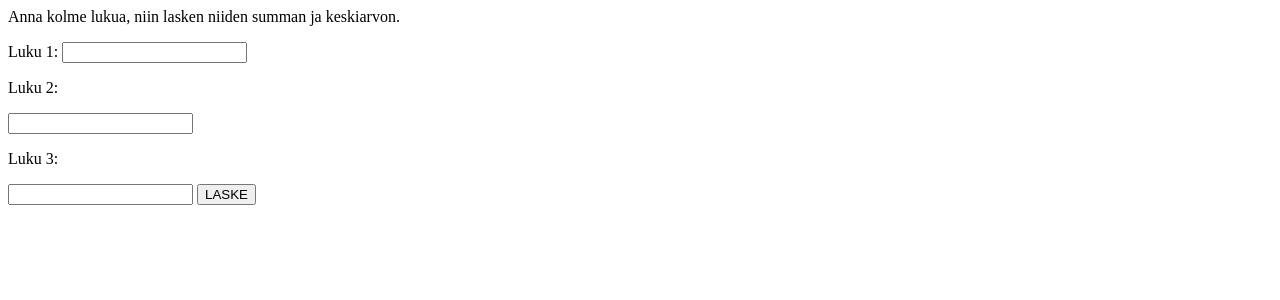
Repository: koodaajakige/knykanen
Page: public_html/be/kolmelukua.html
The author's editor kept a copy of each file at every save. The page is drawn from the files as they stood at one save, then again after the next save.
The browser window is 1280 px wide. The pictures show the whole page.

Above is the page before, as saved 2022-10-14 14:54:56.

### public_html/be/kolmelukua.html
<head></head>
    <meta charset="UTF-8">
</head>
<body>

<p>Anna kolme lukua, niin lasken niiden summan ja keskiarvon.</p>
<form action="bmi.php" method="GET">
    <p>Luku 1:
    <input type="text" name="luku1"></p>
    <p>Luku 2:</p>
    <input type="text" name="luku2">
    <p>Luku 3:</p>
    <input type="text" name="luku3">
    <input type="submit" value="LASKE">
</form>
</body>

After the next save:
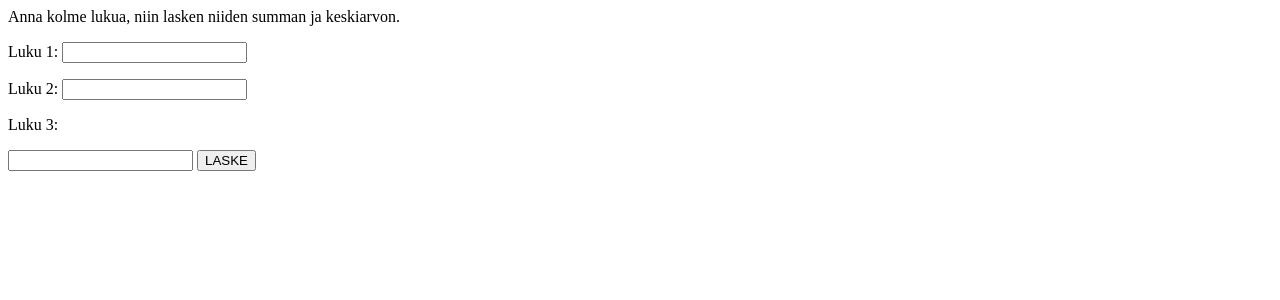
Saved 26 s later.
--- a/public_html/be/kolmelukua.html
+++ b/public_html/be/kolmelukua.html
@@ -7,8 +7,8 @@
 <form action="bmi.php" method="GET">
     <p>Luku 1:
     <input type="text" name="luku1"></p>
-    <p>Luku 2:</p>
-    <input type="text" name="luku2">
+    <p>Luku 2:
+    <input type="text" name="luku2"></p>
     <p>Luku 3:</p>
     <input type="text" name="luku3">
     <input type="submit" value="LASKE">
